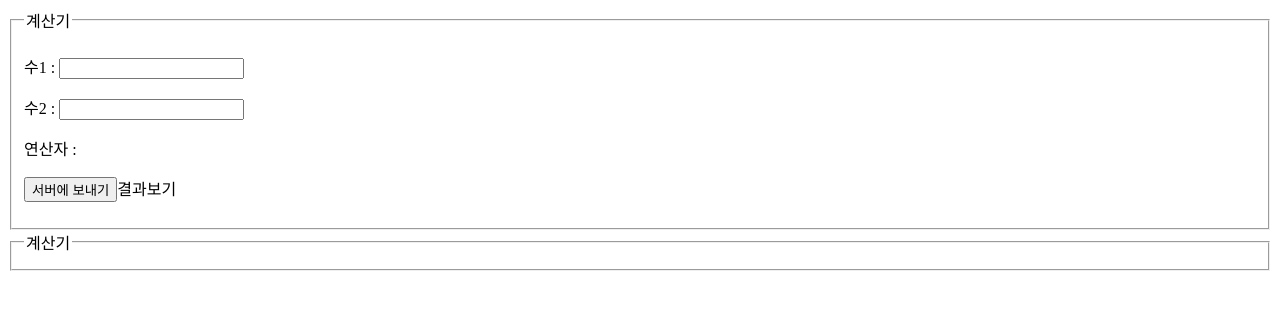
Repository: hagjun/jspstudy
Page: http://localhost/01_servlet/view/ex07.jsp
These files come from the project's save history. The page is drawn as it stood at one moment and after the next save; the edit follows.
The browser window is 1280 px wide. The pictures show the whole page.
The page is served by Tomcat 9. Other server files are loaded and not shown.

Above is the page before, as saved 2024-03-04 08:02:49.

### 01_servlet/src/main/webapp/view/ex07.jsp
<%@ page language="java" contentType="text/html; charset=UTF-8"
    pageEncoding="UTF-8"%>
<!DOCTYPE html>
<html>
<head>
<meta charset="UTF-8">
<title>Insert title here</title>
</head>
<body>
	<fieldset>
		<legend>계산기</legend>
		<p>수1 : <input type="number" name="su1" required>
		<p>수2 : <input type="number" name="su2" required>
		<p>연산자 :
		<p><input type="button" value="서버에 보내기" onclick="f.send_go()">결과보기</p>
	</fieldset>

	<fieldset>
		<legend>계산기</legend>
	</fieldset>
</body>
</html>

After the next save:
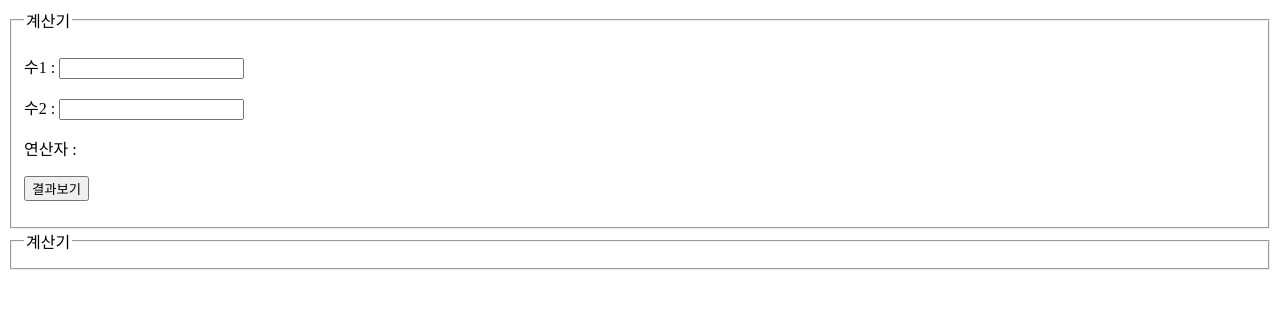
Saved 14 s later.
--- a/01_servlet/src/main/webapp/view/ex07.jsp
+++ b/01_servlet/src/main/webapp/view/ex07.jsp
@@ -12,7 +12,7 @@
 		<p>수1 : <input type="number" name="su1" required>
 		<p>수2 : <input type="number" name="su2" required>
 		<p>연산자 :
-		<p><input type="button" value="서버에 보내기" onclick="f.send_go()">결과보기</p>
+		<p><input type="button" value="결과보기" onclick="f.send_go()"></p>
 	</fieldset>
 
 	<fieldset>
